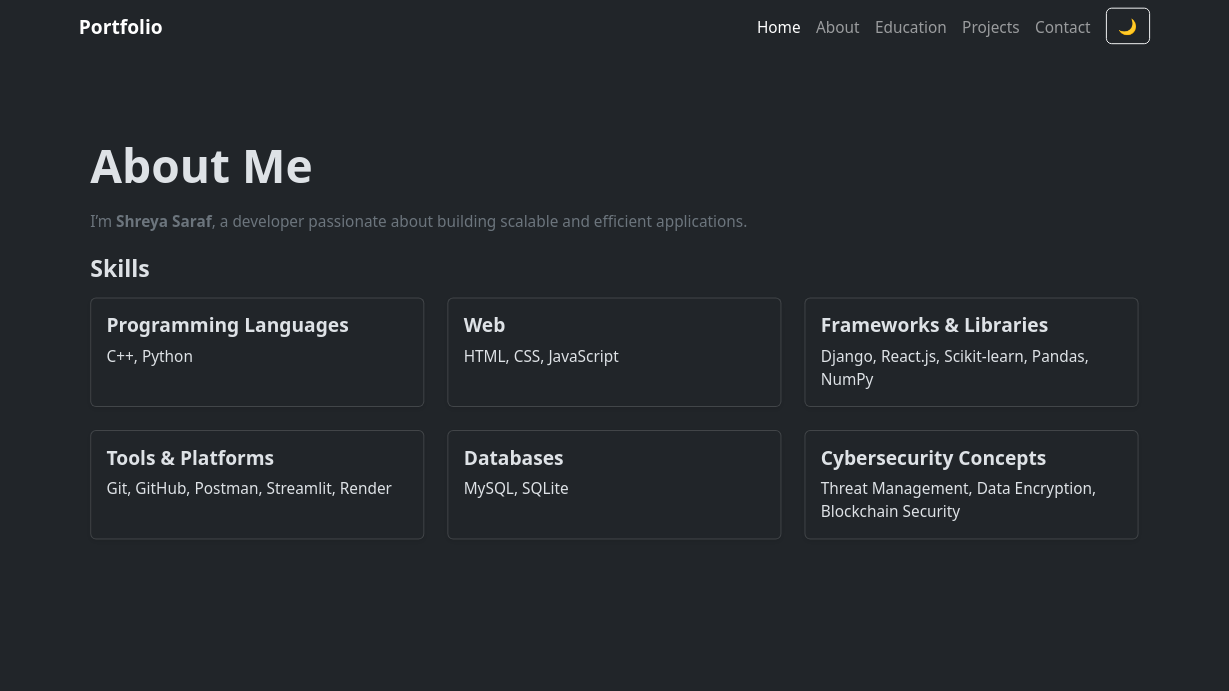
Repository: Shreyasaraf01/shreya-portfolio
Page: http://localhost/about/
An editor plug-in stored every save of this project. The page is shown before and after the next save, followed by the edit.
The browser window is 1280 px wide. The pictures show the whole page, at 96% of full size.
The page is served by the project's application, run on Django 5.2 (manage.py).

Above is the page before, as saved 2025-09-13 22:42:21.

After the next save:
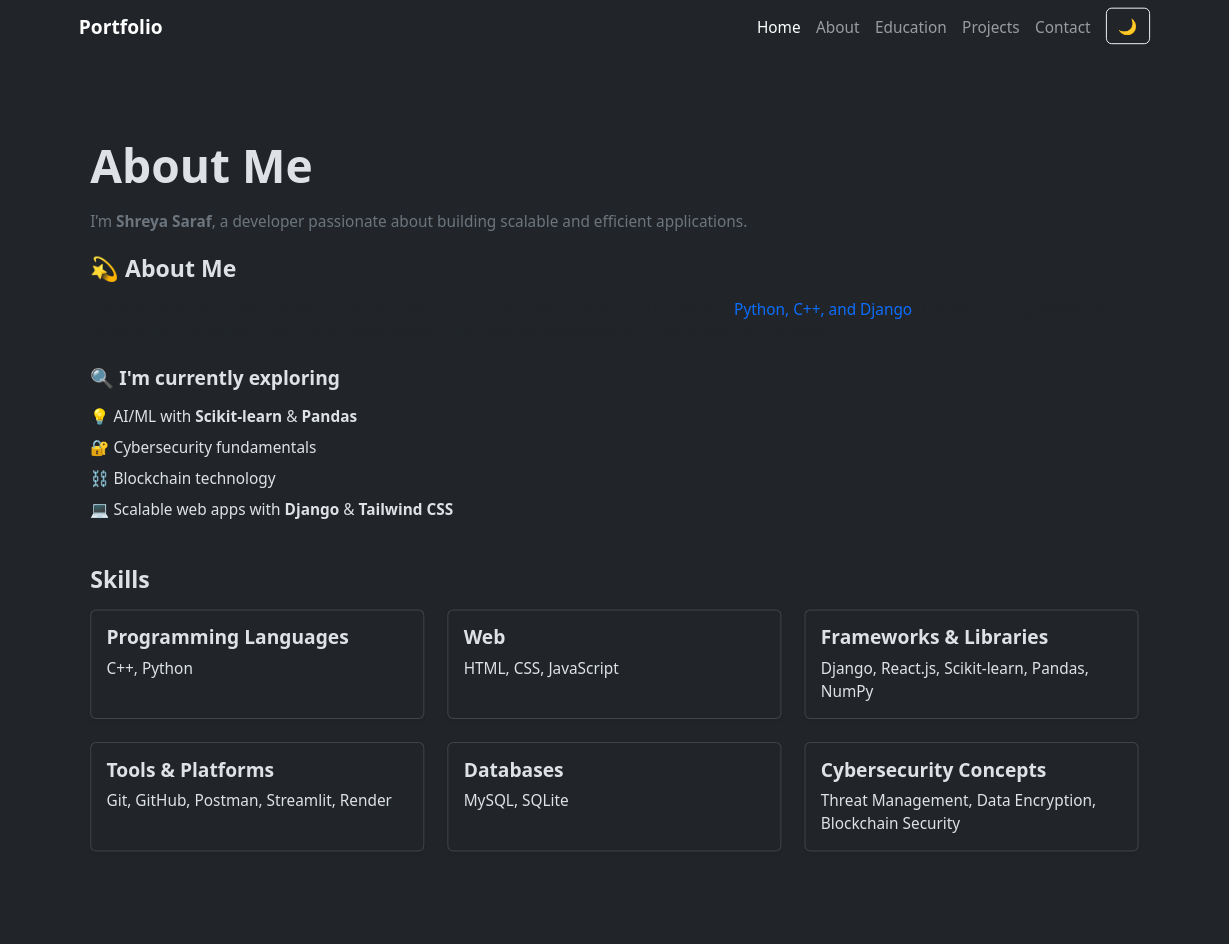
Saved 2 min 42 s later.
--- a/main/templates/main/about.html
+++ b/main/templates/main/about.html
@@ -6,6 +6,25 @@
   <p class="fs-6 text-secondary mb-4">
     I’m <strong>Shreya Saraf</strong>, a developer passionate about building scalable and efficient applications.
   </p>
+
+  <!-- Enhanced About Section -->
+  <div class="mb-5">
+    <h3 class="h4 fw-bold mb-3">💫 About Me</h3>
+    <p class="fs-6 text-dark">
+      I'm <strong>Shreya Saraf</strong>, a passionate <strong>Full Stack Python Developer</strong>
+      with a strong foundation in <span class="text-primary">Python, C++, and Django</span>.
+      I enjoy building real-world projects that combine <strong>AI/ML, data visualization,</strong>
+      and <strong>web development</strong> to solve meaningful problems.
+    </p>
+
+    <h5 class="fw-bold mt-4">🔍 I'm currently exploring</h5>
+    <ul class="list-unstyled mt-3">
+      <li class="mb-2">💡 AI/ML with <strong>Scikit-learn</strong> & <strong>Pandas</strong></li>
+      <li class="mb-2">🔐 Cybersecurity fundamentals</li>
+      <li class="mb-2">⛓️ Blockchain technology</li>
+      <li class="mb-2">💻 Scalable web apps with <strong>Django</strong> & <strong>Tailwind CSS</strong></li>
+    </ul>
+  </div>
 
   <!-- Skills Section -->
   <h3 class="h4 fw-bold mb-3">Skills</h3>
